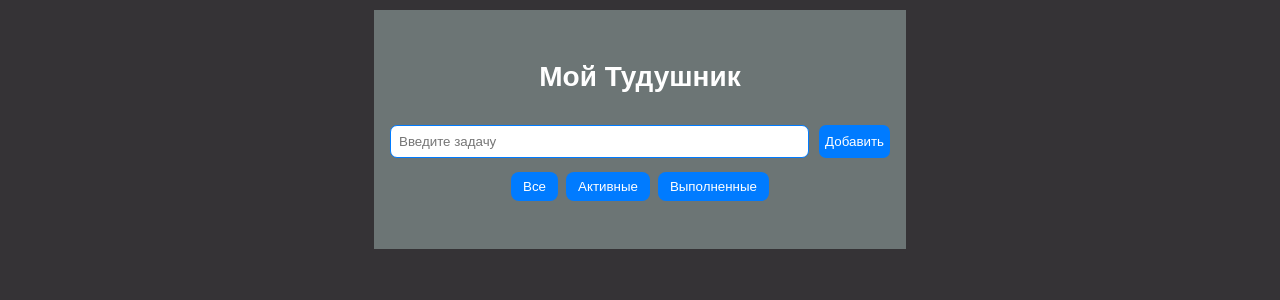
Repository: AlekCawka/-todo-project
Page: /
The author's editor kept a copy of each file at every save. The page is drawn from the files as they stood at one save, then again after the next save.
The browser window is 1280 px wide. The pictures show the whole page.
The project was rebuilt for these pictures with package versions that can differ from the ones it lists, and the page was loaded fresh each time. Also part of the build but not shown: vite.config.js.

Above is the page before, as saved 2025-08-06 12:08:26.

After the next save:
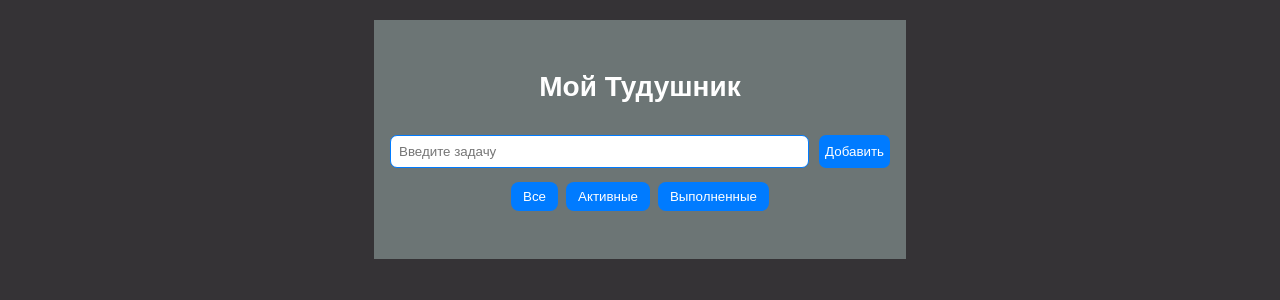
Saved 4 s later.
--- a/src/App.css
+++ b/src/App.css
@@ -7,7 +7,7 @@ body {
 
 .container {
     max-width: 500px;
-    margin: 10px auto;
+    margin: 20px auto;
     padding: 32px 16px;
     background-color: rgb(108, 117, 117);
 }
